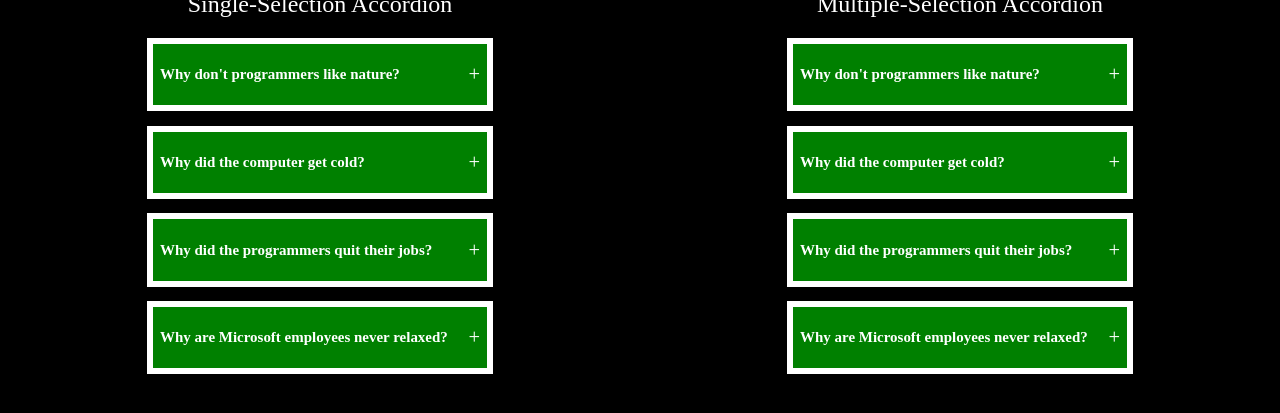
Repository: kosenijr/react-projects
Page: / (app in accordion/)
An editor plug-in stored every save of this project. The page is shown before and after a run of saves, followed by the edit.
The browser window is 1280 px wide. The pictures show the whole page.
The project was rebuilt for these pictures with package versions that can differ from the ones it lists, and the page was loaded fresh each time.

Above is the page before, as saved 2024-03-03 12:52:40.

### accordion/src/App.js
import React from "react";
import "./App.css";
import SingleSelection from "./components/SingleSelection";
import MultiSelection from "./components/MultiSelection";

function App() {
  return (
    <div className="App">
      <SingleSelection />
      <MultiSelection />
    </div>
  );
}

export default App;

### accordion/src/App.css
.App {
  height: 100vh;
  width: 100vw;
  text-align: center;
  display: flex;
  background-color: black;
  color: white;
}

### accordion/src/components/SingleSelection.js
import React, { useState } from "react";
import "../styles/SingleSelection.css";
import data from "../data";

function SingleSelection() {
  // setting up useState.
  const [selected, setSelected] = useState(null);
  // setting up handling
  const handleSingleSelection = (getCurrentId) => {
    console.log(selected, getCurrentId);
    // setSelected(getCurrentId === selected ? null : getCurrentId); // keep add condition for closure
    setSelected(selected !== getCurrentId ? getCurrentId : null);
  };

  return (
    <div className="single-selection-wrapper">
      {/* Single-Selection Accordion */}
      <div className="single-selection-accordion">
        <h2 className="single-selection-description">Single-Selection Accordion</h2>
        {data && data.length > 0 ? (
          data.map((dataItem) => (
            <div className="single-selection-item" key={dataItem.id} onClick={() => handleSingleSelection(dataItem.id)}>
              {/* always remember to add key */}
              <div className="single-selection-title">
                <h3>{dataItem.question}</h3>
                <span className="single-selection-span">{selected === dataItem.id ? "-" : "+"}</span>
              </div>
              {selected === dataItem.id ? (
                <div className="single-selection-content ">{dataItem.answer}</div>
              ) : null}
            </div>
          ))
        ) : (
          <div>No data found!</div>
        )}
      </div>
    </div>
  );
}

export default SingleSelection;

### accordion/src/components/MultiSelection.js
import React, { useState } from "react";
import "../styles/MultiSelection.css";
import data from "../data";

function MultiSelection() {
  // setting up useState.
  const [selected, setSelected] = useState(null);
  // setting up handling
  const handleMultiSelection = (getCurrentId) => {
    console.log(selected, getCurrentId);
    // setSelected(getCurrentId === selected ? null : getCurrentId); // keep add condition for closure
    setSelected(selected !== getCurrentId ? getCurrentId : null);
  };

  return (
    <div className="multi-selection-wrapper">
      {/* Multi-Selection Accordion */}
      <div className="multi-selection-accordion">
        <h2 className="multi-selection-description">Multiple-Selection Accordion</h2>
        {data && data.length > 0 ? (
          data.map((dataItem) => (
            <div className="multi-selection-item" key={dataItem.id} onClick={() => handleMultiSelection(dataItem.id)}>
              {/* always remember to add key */}
              <div className="multi-selection-title">
                <h3>{dataItem.question}</h3>
                <span className="multi-selection-span">{selected === dataItem.id ? "-" : "+"}</span>
              </div>
              {selected === dataItem.id ? (
                <div className="multi-selection-content ">{dataItem.answer}</div>
              ) : null}
            </div>
          ))
        ) : (
          <div>No data found!</div>
        )}
      </div>
    </div>
  );
}

export default MultiSelection;

### accordion/src/styles/SingleSelection.css
.single-selection-wrapper {
  display: flex;
  justify-content: space-evenly;
  align-items: center;
  height:50vh;
  width: 50vw;
}

.single-selection-description {
  font-family: "Raleway";
  font-weight: 500;
}

.single-selection-item {
  background-color: green;
  color: white;
  font-size: 0.8em;
  font-family: "Raleway", "Times New Roman";
  margin: 2vh 0;
  padding: 1vh;
  width: 25vw;
  border: 0.5em solid white;
  cursor: pointer;
}

.single-selection-title {
  display: flex;
  justify-content: space-between;
  align-items: center;
}

.single-selection-span {
  font-size: 1.6em;;
}

.single-selection-content {
  display: flex;
  justify-content: space-between;
  color: burlywood;
  align-items: left;
  font-size: 1.2em;
  font-family:  "Raleway", "Times New Roman";
  font-weight: 600;

}

### accordion/src/data.js
const data = [
  {
    id: 1,
    question: "Why don't programmers like nature?",
    answer: "It has too many bugs!",
  },

  {
    id: 2,
    question: "Why did the computer get cold?",
    answer: "It left its Windows open.",
  },

  {
    id: 3,
    question: "Why did the programmers quit their jobs?",
    answer: "Because they didn't get arrays!",
  },

  {
    id: 4,
    question: "Why are Microsoft employees never relaxed?",
    answer: "Because they're always on Edge.",
  },
];

export default data;

### accordion/src/styles/MultiSelection.css
.multi-selection-wrapper {
  display: flex;
  justify-content: center;
  align-items: center;
  height: 50vh;
  width: 50vw;
  float: right;
}

.multi-selection-description {
  font-family: "Raleway";
  font-weight: 500;
}

.multi-selection-item {
  background-color: green;
  color: white;
  font-size: 0.8em;
  font-family: "Raleway", "Times New Roman";
  margin: 2vh 0;
  padding: 1vh;
  width: 25vw;
  border: 0.5em solid white;
  cursor: pointer;
}

.multi-selection-title {
  display: flex;
  justify-content: space-between;
  align-items: center;
}

.multi-selection-span {
  font-size: 1.6em;
}

.multi-selection-content {
  display: flex;
  justify-content: space-between;
  color: burlywood;
  align-items: left;
  font-size: 1.2em;
  font-family: "Raleway", "Times New Roman";
  font-weight: 600;
}

Loaded but not shown: accordion/public/index.html (common file); accordion/src/index.js (common file); accordion/src/index.css (common file); accordion/src/reportWebVitals.js (common file)

After the next 2 saves:
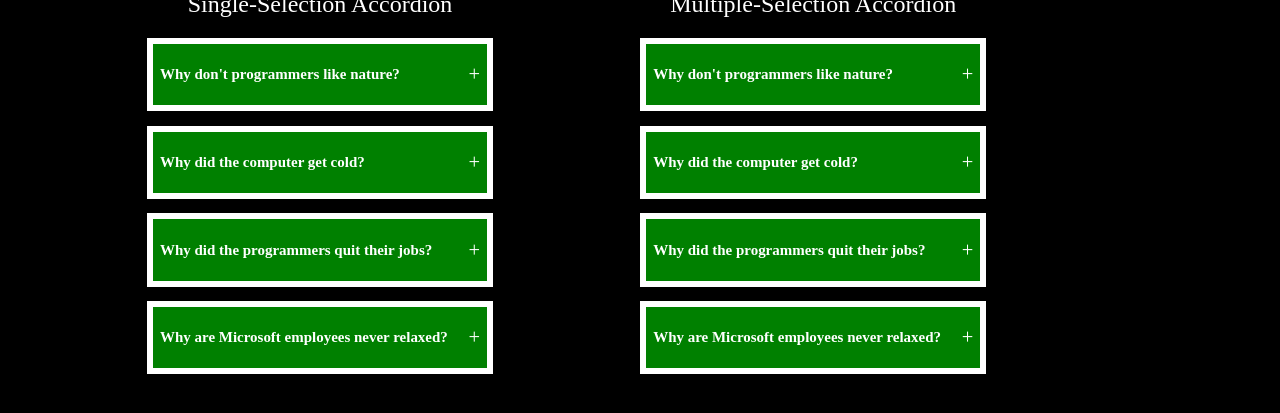
The 2 saves are shown as one change because they came seconds apart.
The last was saved 10 s later.
--- a/accordion/src/styles/MultiSelection.css
+++ b/accordion/src/styles/MultiSelection.css
@@ -1,9 +1,9 @@
 .multi-selection-wrapper {
   display: flex;
-  justify-content: center;
+  justify-content: space-evenly;
   align-items: center;
   height: 50vh;
-  width: 50vw;
+  /* width: 50vw; */
   float: right;
 }
 
